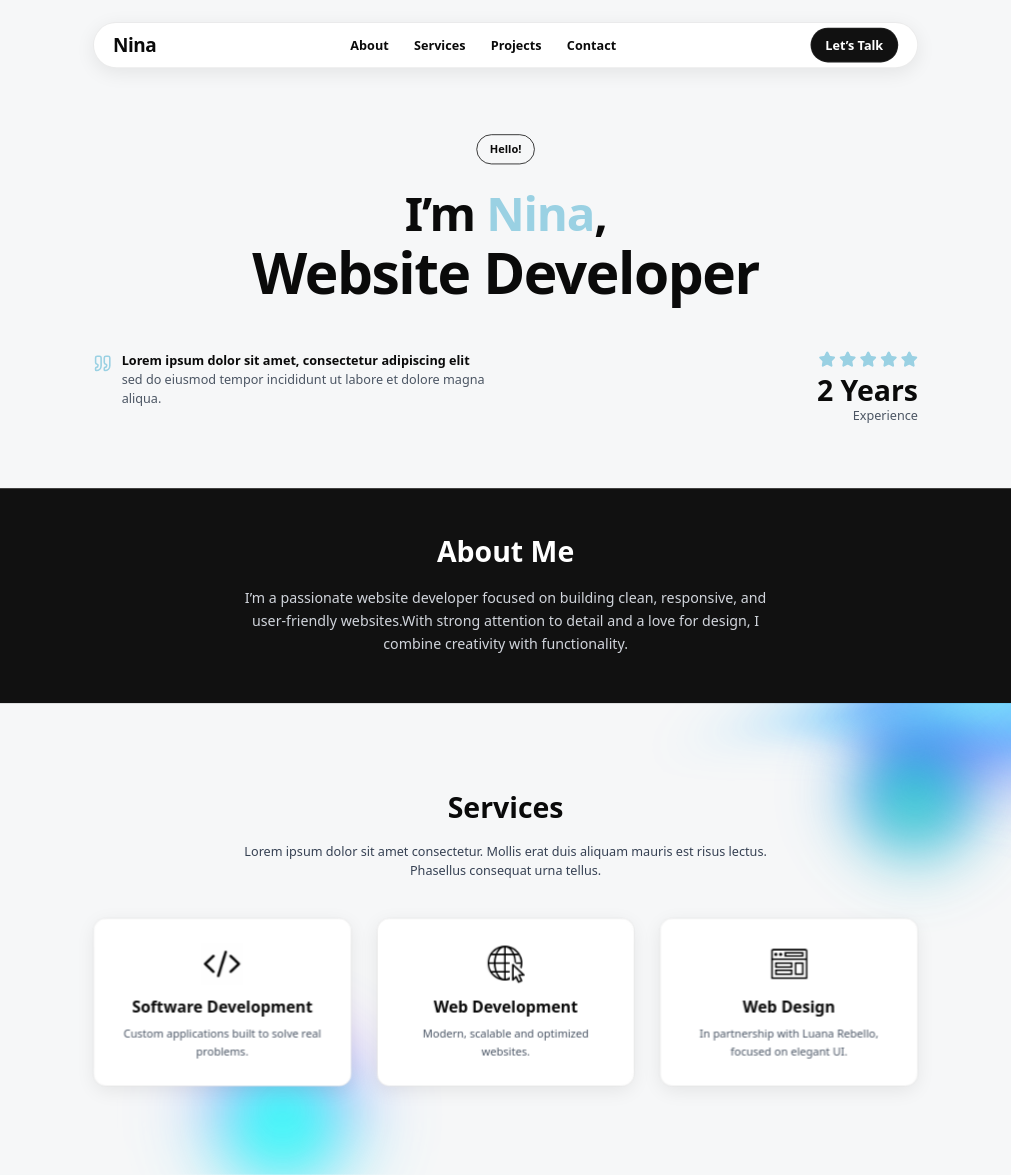
Repository: nina-rebello/portfolio
Page: /
The author's editor kept a copy of each file at every save. The page is drawn from the files as they stood at one save, then again after the next save.
The browser window is 1280 px wide. The pictures show the whole page, at 79% of full size.
The project was rebuilt for these pictures with package versions that can differ from the ones it lists, and the page was loaded fresh each time. The framework's server and built-in components were replaced by stand-ins that run in the browser. Also part of the build but not shown: next.config.ts.

Above is the page before, as saved 2025-09-11 16:06:14.

After the next save:
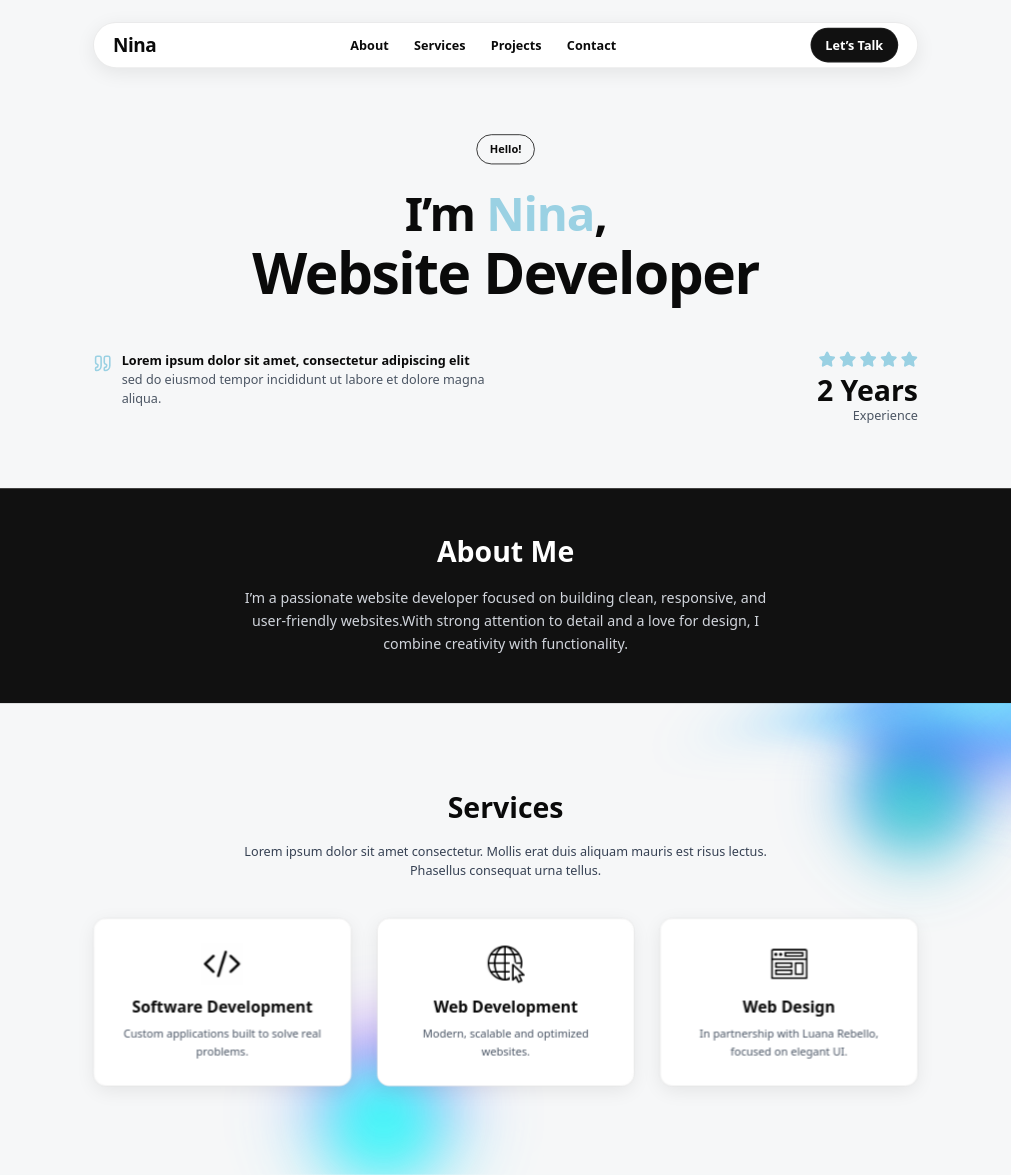
Saved 16 s later.
--- a/components/sections/Services.tsx
+++ b/components/sections/Services.tsx
@@ -36,7 +36,7 @@ export default function Services() {
           alt=""
           width={1200}
           height={1200}
-          className="absolute -bottom-40 left-[8%] w-[520px] opacity-70"
+          className="absolute -bottom-40 left-[18%] w-[520px] opacity-70"
         />
         <Image
           src="/gradients/blur-gradient.png"
